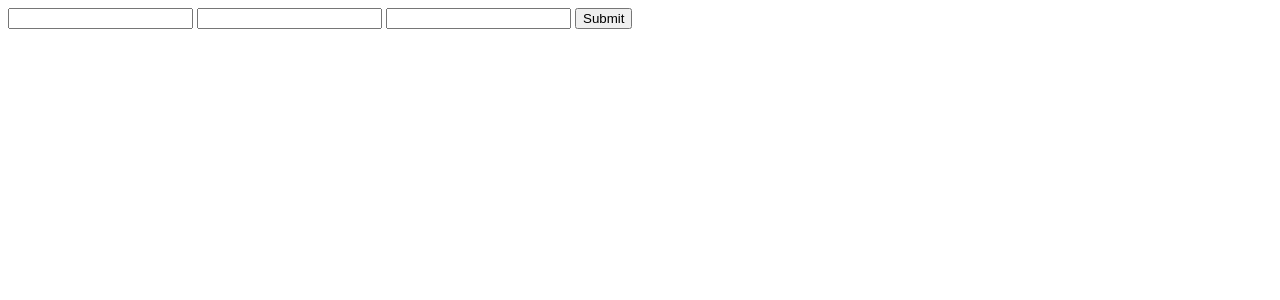
Repository: TejaswiniKavya/Test
Page: http://localhost/firstweb/
These files come from the project's save history. The page is drawn as it stood at one moment and after the next save; the edit follows.
The browser window is 1280 px wide. The pictures show the whole page.
The page is served by Tomcat 9. Other server files are loaded and not shown.

Above is the page before, as saved 2019-07-01 09:04:32.

### firstweb/src/main/webapp/index.jsp
<html>
<body>
<form action="add">

<input type="text"  name="t1" ?>
<input type="text"  name="t2" ?>
<input type="text"  name="t3" ?>

<input type="submit">

</form>
</body>
</html>

After the next save:
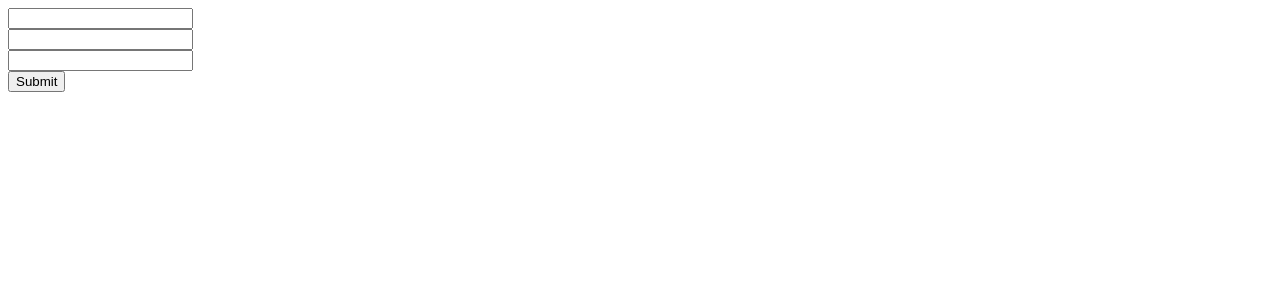
Saved 75 s later.
--- a/firstweb/src/main/webapp/index.jsp
+++ b/firstweb/src/main/webapp/index.jsp
@@ -2,9 +2,9 @@
 <body>
 <form action="add">
 
-<input type="text"  name="t1" ?>
-<input type="text"  name="t2" ?>
-<input type="text"  name="t3" ?>
+<input type="text"  name="t1" ?></br>
+<input type="text"  name="t2" ?></br>
+<input type="text"  name="t3" ?></br>
 
 <input type="submit">
 
